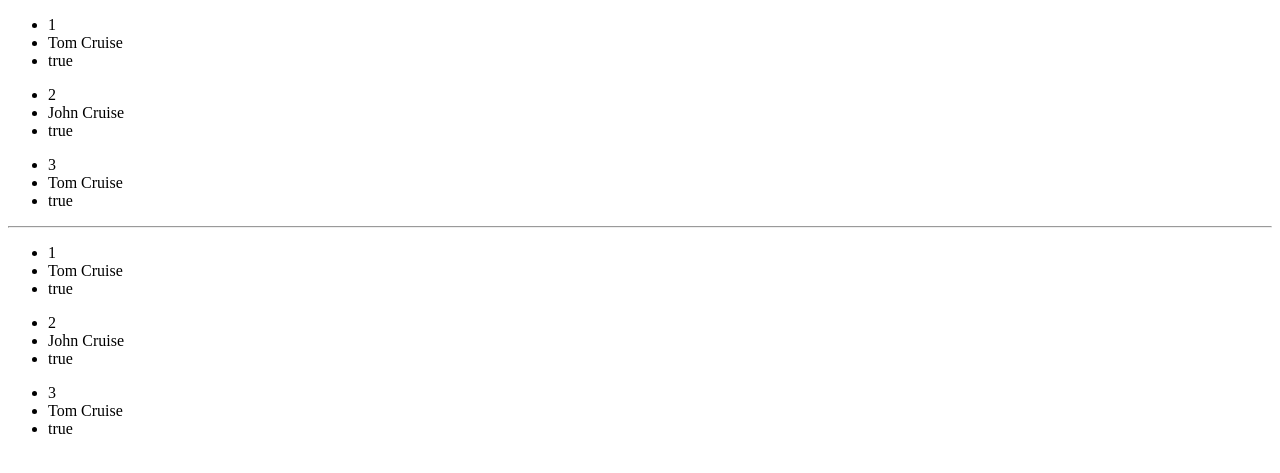
Repository: SongSooJin/JSP
Page: http://localhost/5-jsp-basic/example6/p132.jsp
These files come from the project's save history. The page is drawn as it stood at one moment and after the next save; the edit follows.
The browser window is 1280 px wide. The pictures show the whole page.
The page is served by Tomcat 9.

Above is the page before, as saved 2018-10-08 06:30:43.

After the next save:
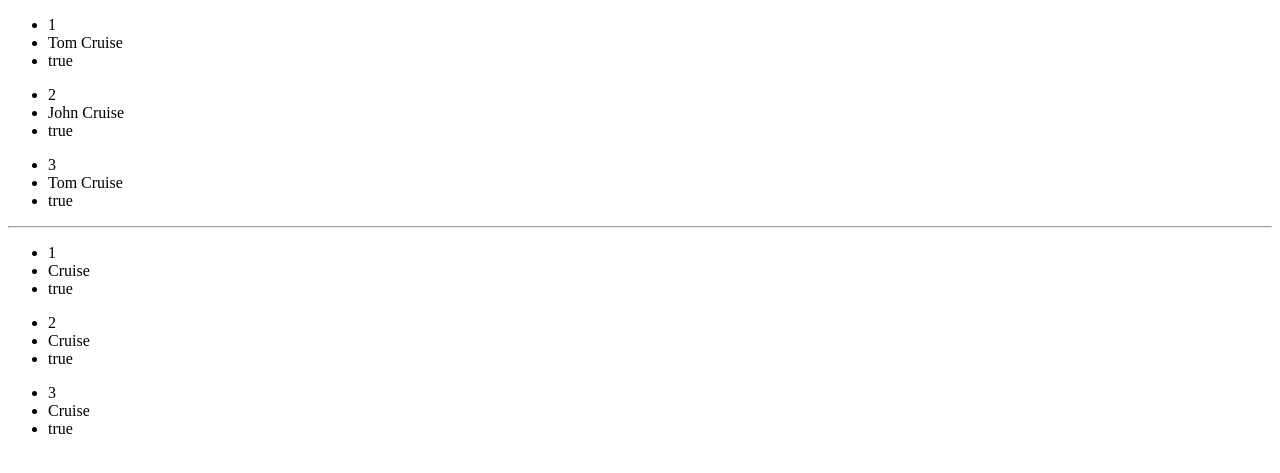
Saved 73 s later.
--- a/5-jsp-basic/WebContent/example6/p132.jsp
+++ b/5-jsp-basic/WebContent/example6/p132.jsp
@@ -36,7 +36,7 @@
 	<c:forEach var="user" items="${users}">
 		<ul>
 			<li>${user.id} </li>
-			<li>${user.firstName} ${user.lastName} </li>
+			<li>${user[firstName]} ${user.lastName} </li>
 			<li>${user.active} </li>
 		</ul>
 	</c:forEach>

After the save that followed:
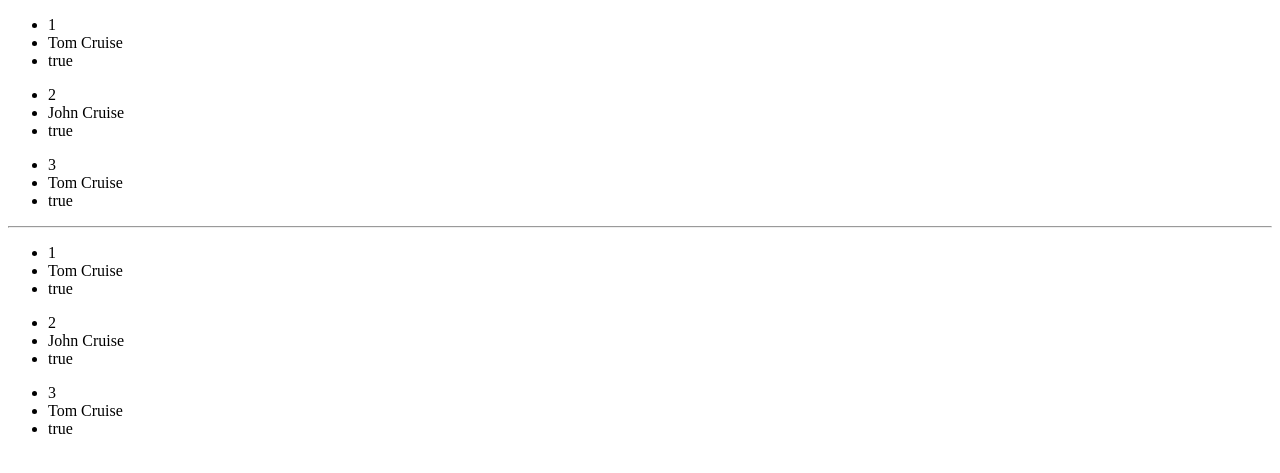
Saved 14 s later.
--- a/5-jsp-basic/WebContent/example6/p132.jsp
+++ b/5-jsp-basic/WebContent/example6/p132.jsp
@@ -36,7 +36,7 @@
 	<c:forEach var="user" items="${users}">
 		<ul>
 			<li>${user.id} </li>
-			<li>${user[firstName]} ${user.lastName} </li>
+			<li>${user["firstName"]} ${user.lastName} </li>
 			<li>${user.active} </li>
 		</ul>
 	</c:forEach>
